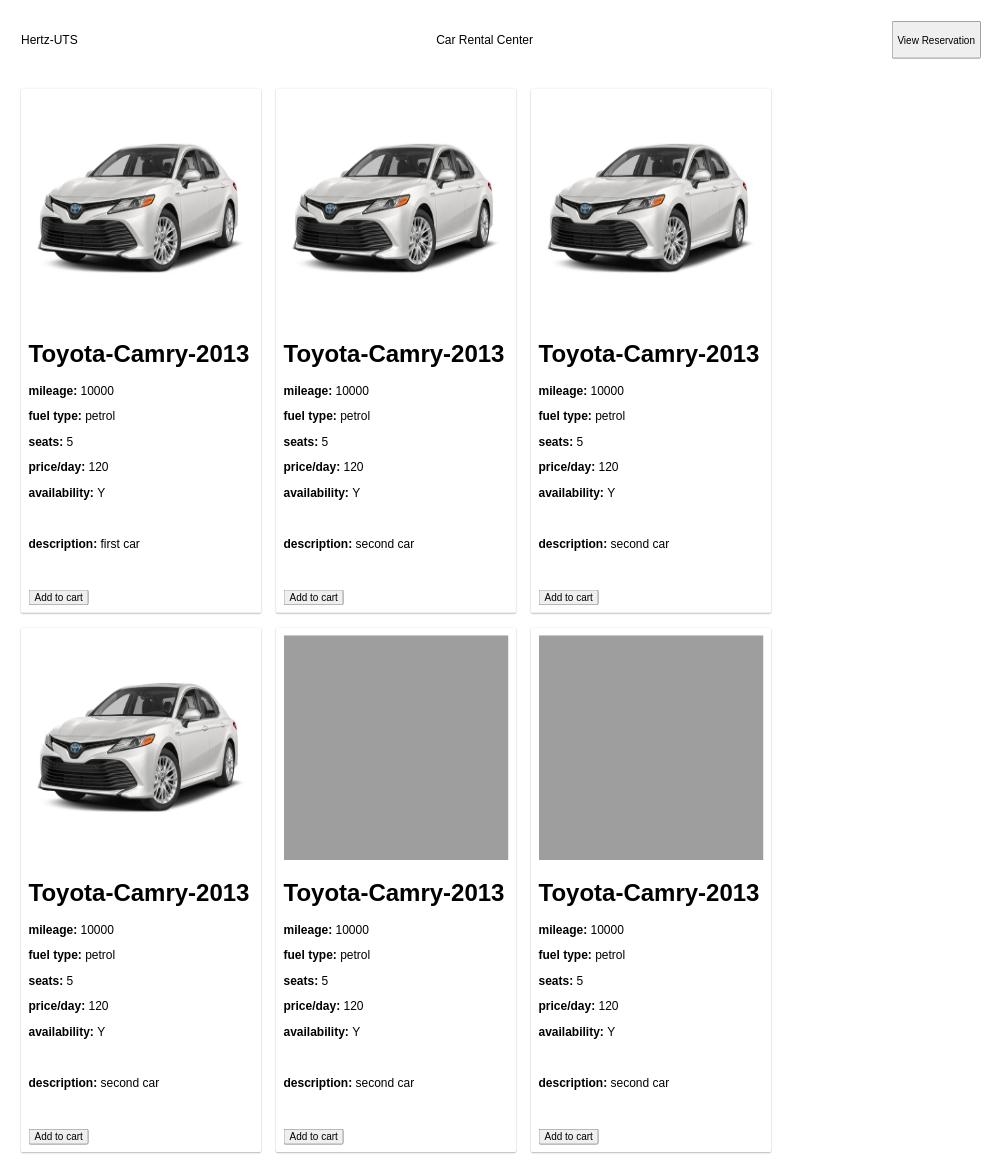
Repository: michtnt/POI-Hertz
Page: index.html
The author's editor kept a record of every edit. The page is drawn from the files as they stood at one moment, then again after the next edit.
The browser window is 1280 px wide. The page is 1328 px wide, so the pictures cover 1328 px, including what lies to the right of the window. The pictures show the whole page, at 75% of full size.
Pictures or frames that could not be fetched are drawn as grey boxes.

Above is the page before.

After the next edit:
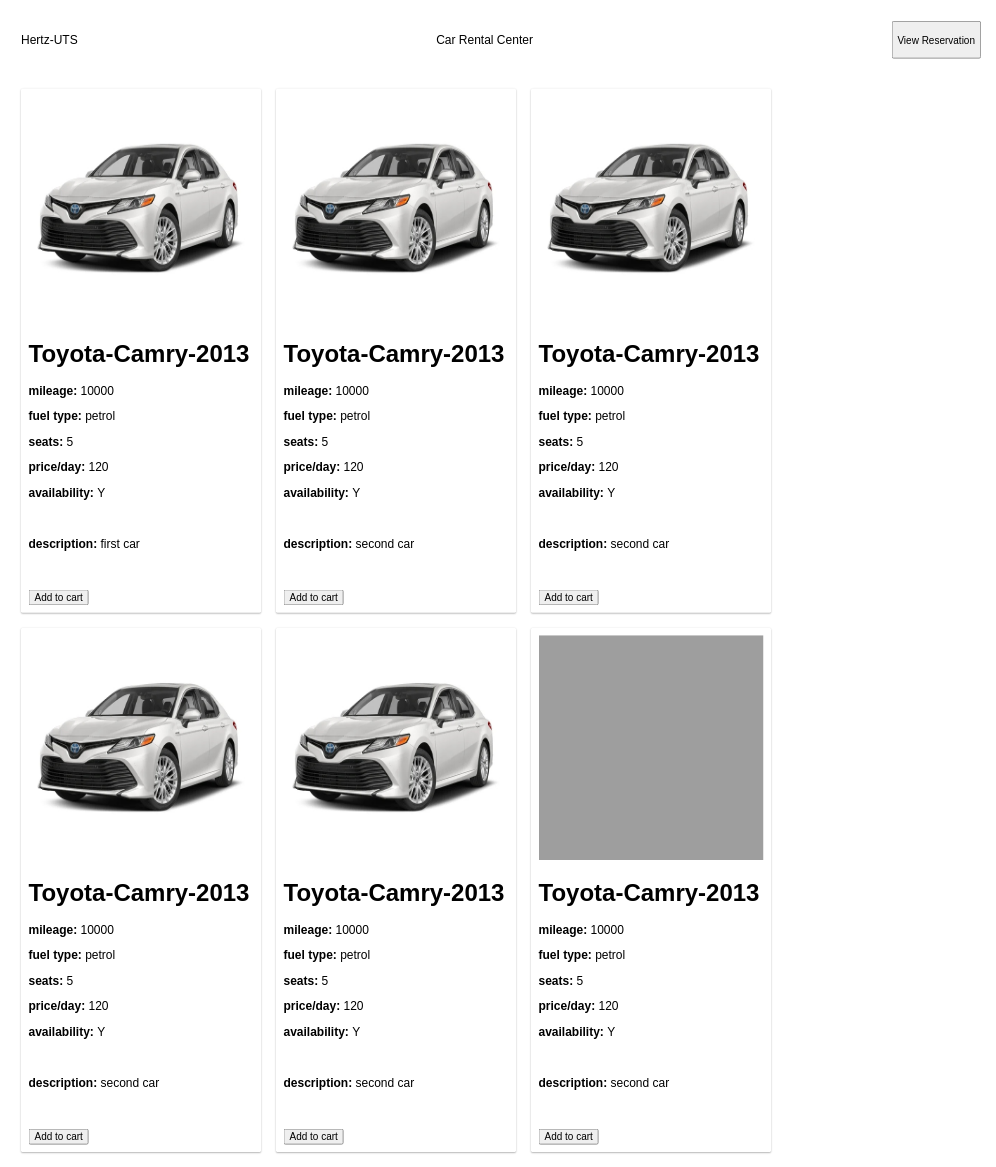
The edit:
--- a/cars.json
+++ b/cars.json
@@ -65,7 +65,8 @@
 		"fuel_type": "petrol",
 		"seats": "5",
 		"price_per_day": "120",
-		"description": "second car"
+		"description": "second car",
+		"img": "/images/Camry.jpeg"
 	},
     {
 		"id": "2",
